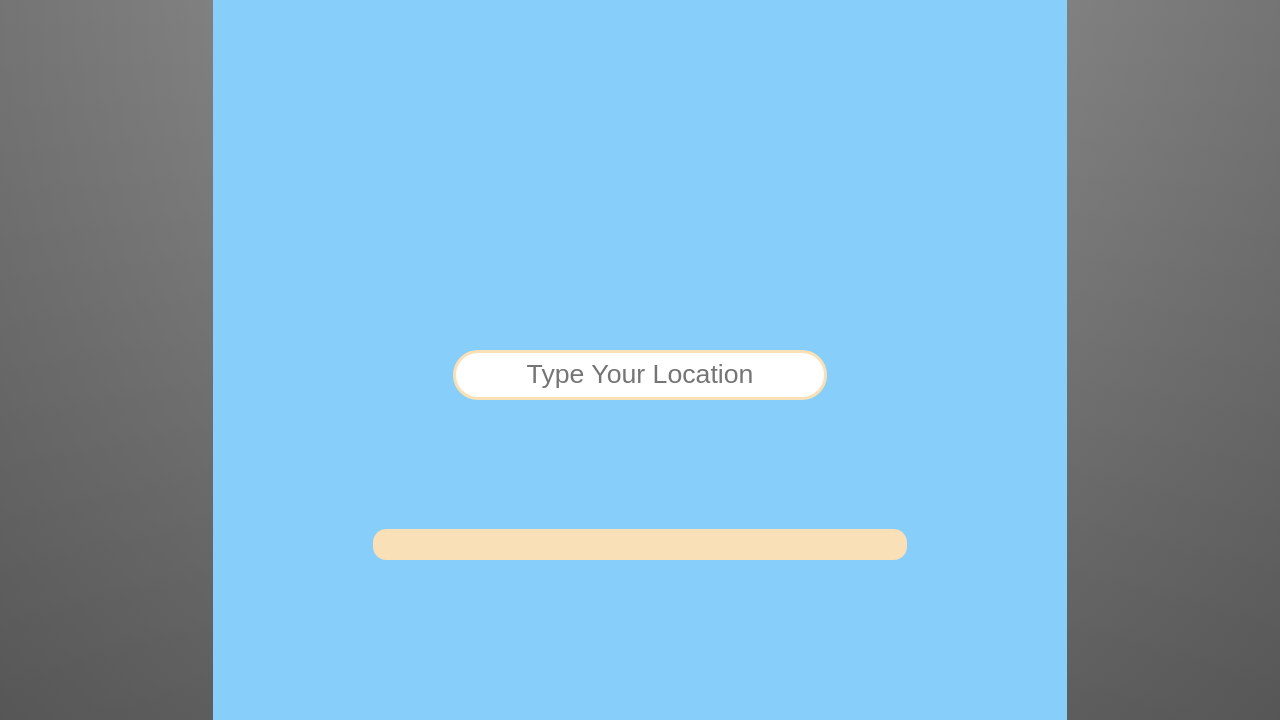
Repository: Heidingg/weather_app
Page: /
These files come from the project's save history. The page is drawn as it stood at one moment and after the next save; the edit follows.
The browser window is 1280 px wide. The pictures show the whole page.
The project was rebuilt for these pictures with package versions that can differ from the ones it lists, and the page was loaded fresh each time. The framework's server and built-in components were replaced by stand-ins that run in the browser. Also part of the build but not shown: next.config.js.

Above is the page before, as saved 2023-01-23 01:39:06.

### pages/index.js
import Head from 'next/head';
import Image from 'next/image';
import { Inter } from '@next/font/google';
import styles from '../styles/Home.module.css';
import { useState } from 'react';
import React from 'react';
import axios from 'axios';

const inter = Inter({ subsets: ['latin'] })

export default function Home() {

  const [location, setLocation] = useState('');
  const [data, setData] = useState({});
  const [weather, setWeather] = useState();
  const [main, setMain] = useState();
  const [wind, setWind] = useState();
  const [errorMessage, setErrorMessage] = useState('');
  const [icon, setIcon] = useState('');
  var lang = "en";
  var units = "metric";
  var apiKey = "8a3b66428312171f7c96dafa7cbc5a31";

  const url = `https://api.openweathermap.org/data/2.5/weather?q=${location}&units=${units}&appid=${apiKey}&lang=${lang}`;


  const searchLocation = (event) => {
    if (event.key === 'Enter') {
      axios.get(url)
        .then((response) => {
          console.clear();
          setData(response.data);
          console.log(response.data);
          setWeather(response.data.weather);
          setMain(response.data.main)
          setWind(response.data.wind);
          setIcon(response.data.icon);
          setErrorMessage("");
        }).catch(err => {
          console.log(err);
          setErrorMessage("Please enter another location");
          setData({});
          setWeather();
          setMain();
          setWind();
          setIcon();
        })
      setLocation('')
    }
  }


  return (
    <>
      <Head>
        <title>Loweather</title>
        <meta name="description" content="Generated by create next app" />
        <meta name="viewport" content="width=device-width, initial-scale=1" />
        <link rel="icon" href="cloudy.png" alt=""/>
      </Head>

      <main className={styles.main}>
        <div className={styles.location}></div>
          <div className={styles.locationIcon}>
          <div className={styles.locationName}>
            {data.name}
          </div>
        </div>

        <div className={styles.errorMess}>{errorMessage}</div>

        <input id={styles.input}
          value={location}
          onChange={event => setLocation(event.target.value)}
          placeholder="Type Your Location"
          onKeyDown={searchLocation}
          type="text"
        >
        </input>


    <div className={styles.searchContainer}></div>
        <div className={styles.weatherData}>
          <div className={styles.weatherCondition}>
            {
              weather && weather.map((w, index) => {
                return (
                  <div key={index}>
                    <img className={styles.iconStyle} src={`http://openweathermap.org/img/wn/${w.icon}@2x.png`}></img>

                  </div>
                )
              })
            }
          </div>

          {
            weather && weather.map((w, index) => {
              return (
                <div key={index}>
                  <div className={styles.description}>{w.description}</div>
                </div>
              )
            })
          }

          {
            main && weather.map(() => {
              return (
                <div>
                  <div className={styles.weatherTemp}> {main.temp}&#176;C</div>
                  <div className={styles.weatherFeel}>Feels like: {main.feels_like}&#176;C</div>
                </div>

              )
            })
          }

          {
            wind && weather.map(() => {
              return (
                <div>
                  <div className={styles.weatherWind}>Wind: {wind.gust} m/s</div>
                </div>
              )
            })
          }

        </div>
      </main>
    </>
)
}

### styles/globals.css
:root {
  --max-width: 1100px;
  --border-radius: 12px;
  --font-mono: ui-monospace, Menlo, Monaco, 'Cascadia Mono', 'Segoe UI Mono',
    'Roboto Mono', 'Oxygen Mono', 'Ubuntu Monospace', 'Source Code Pro',
    'Fira Mono', 'Droid Sans Mono', 'Courier New', monospace;

  --foreground-rgb: 0, 0, 0;
  --background-start-rgb: 214, 219, 220;
  --background-end-rgb: 255, 255, 255;

  --primary-glow: conic-gradient(
    from 180deg at 50% 50%,
    #16abff33 0deg,
    #0885ff33 55deg,
    #54d6ff33 120deg,
    #0071ff33 160deg,
    transparent 360deg
  );
  --secondary-glow: radial-gradient(
    rgba(255, 255, 255, 1),
    rgba(255, 255, 255, 0)
  );

  --tile-start-rgb: 239, 245, 249;
  --tile-end-rgb: 228, 232, 233;
  --tile-border: conic-gradient(
    #00000080,
    #00000040,
    #00000030,
    #00000020,
    #00000010,
    #00000010,
    #00000080
  );

  --callout-rgb: 238, 240, 241;
  --callout-border-rgb: 172, 175, 176;
  --card-rgb: 180, 185, 188;
  --card-border-rgb: 131, 134, 135;
}

@media (prefers-color-scheme: dark) {
  :root {
    --foreground-rgb: 255, 255, 255;
    --background-start-rgb: 0, 0, 0;
    --background-end-rgb: 0, 0, 0;

    --primary-glow: radial-gradient(rgba(1, 65, 255, 0.4), rgba(1, 65, 255, 0));
    --secondary-glow: linear-gradient(
      to bottom right,
      rgba(1, 65, 255, 0),
      rgba(1, 65, 255, 0),
      rgba(1, 65, 255, 0.3)
    );

    --tile-start-rgb: 2, 13, 46;
    --tile-end-rgb: 2, 5, 19;
    --tile-border: conic-gradient(
      #ffffff80,
      #ffffff40,
      #ffffff30,
      #ffffff20,
      #ffffff10,
      #ffffff10,
      #ffffff80
    );

    --callout-rgb: 20, 20, 20;
    --callout-border-rgb: 108, 108, 108;
    --card-rgb: 100, 100, 100;
    --card-border-rgb: 200, 200, 200;
  }
}

* {
  box-sizing: border-box;
  padding: 0;
  margin: 0;
  font-family: "Montserrat", sans-serif;
  font-size: 20pt;
}

.input{
  width: 80%;
  display: flex;
  background-color: lightblue;
}

.input.input-placeholder{
  outline: none;
    padding: 0.4em 1em;
    color: black;
    font-family: inherit;
    font-size: 22px;
    width: 520px;
    height: 43px;
}

html,
body {
  display: flex;
  justify-content: center;
  align-items: center;
  height: 100vh;
  background: linear-gradient(to bottom, rgba(255,255,255,0.15) 0%, rgba(0,0,0,0.15) 100%), radial-gradient(at top center, rgba(255,255,255,0.40) 0%, rgba(0,0,0,0.40) 120%) #989898;
  background-blend-mode: multiply,multiply;
}

body {
  color: rgb(var(--foreground-rgb));
  background: linear-gradient(
      to bottom,
      transparent,
      rgb(var(--background-end-rgb))
    )
    rgb(var(--background-start-rgb));
}

a {
  color: inherit;
  text-decoration: none;
}

@media (prefers-color-scheme: dark) {
  html {
    color-scheme: dark;
  }
}

### styles/Home.module.css
.main {
  display: flex;
  flex-direction: column;
  justify-content: space-between;
  align-items: center;
  padding: 6rem;
  min-height: 100vh;
  background-color: lightskyblue;
}

.description {
  display: inherit;
  justify-content: inherit;
  align-items: inherit;
  max-width: var(--max-width);
  width: 100%;
  z-index: 2;
  text-transform: capitalize;

}
.iconStyle{
  width: 200px;
  height: 200px;
}
.weatherData{
  text-align: center;
}
.weatherTemp{
  font-size: 50px;
  margin-top:30px
}
.weatherFeel{
  font-size: 20px;
margin-top: 20px;
}
.weatherWind{
  font-size: 20px;

}
.description a {
  display: flex;
  justify-content: center;
  align-items: center;
  gap: 0.5rem;

}

.description p {
  position: relative;
  margin: 0;
  padding: 1rem;
  background-color: rgba(var(--callout-rgb), 0.5);
  border: 1px solid rgba(var(--callout-border-rgb), 0.3);
  border-radius: var(--border-radius);
}

.code {
  font-weight: 700;
  font-family: var(--font-mono);
}

.grid {
  display: grid;
  grid-template-columns: repeat(4, minmax(25%, auto));
  width: var(--max-width);
  max-width: 100%;
}

.card {
  padding: 1rem 1.2rem;
  border-radius: var(--border-radius);
  background: rgba(var(--card-rgb), 0);
  border: 1px solid rgba(var(--card-border-rgb), 0);
  transition: background 200ms, border 200ms;
}

.card span {
  display: inline-block;
  transition: transform 200ms;
}

.card h2 {
  font-weight: 600;
  margin-bottom: 0.7rem;
}

.card p {
  margin: 0;
  opacity: 0.6;
  font-size: 0.9rem;
  line-height: 1.5;
  max-width: 30ch;
}

.center {
  display: flex;
  justify-content: center;
  align-items: center;
  position: relative;
  padding: 4rem 0;
}
#input{
  margin: 10px;
border: 3px solid #f9e0b7;
border-radius: 30px;
text-align: center;
width: 70%;
height: 50px;
}

.center::before {
  background: var(--secondary-glow);
  border-radius: 50%;
  width: 480px;
  height: 360px;
  margin-left: -400px;
}

.center::after {
  background: var(--primary-glow);
  width: 240px;
  height: 180px;
  z-index: -1;
}

.center::before,
.center::after {
  content: '';
  left: 50%;
  position: absolute;
  filter: blur(45px);
  transform: translateZ(0);
}

.logo,
.thirteen {
  position: relative;
}

.thirteen {
  display: flex;
  justify-content: center;
  align-items: center;
  width: 75px;
  height: 75px;
  padding: 25px 10px;
  margin-left: 16px;
  transform: translateZ(0);
  border-radius: var(--border-radius);
  overflow: hidden;
  box-shadow: 0px 2px 8px -1px #0000001a;
}

.thirteen::before,
.thirteen::after {
  content: '';
  position: absolute;
  z-index: -1;
}

/* Conic Gradient Animation */
.thirteen::before {
  animation: 6s rotate linear infinite;
  width: 200%;
  height: 200%;
  background: var(--tile-border);
}

/* Inner Square */
.thirteen::after {
  inset: 0;
  padding: 1px;
  border-radius: var(--border-radius);
  background: linear-gradient(
    to bottom right,
    rgba(var(--tile-start-rgb), 1),
    rgba(var(--tile-end-rgb), 1)
  );
  background-clip: content-box;
}

/* Enable hover only on non-touch devices */
@media (hover: hover) and (pointer: fine) {
  .card:hover {
    background: rgba(var(--card-rgb), 0.1);
    border: 1px solid rgba(var(--card-border-rgb), 0.15);
  }

  .card:hover span {
    transform: translateX(4px);
  }
}

@media (prefers-reduced-motion) {
  .thirteen::before {
    animation: none;
  }

  .card:hover span {
    transform: none;
  }
}

/* Mobile */
@media (max-width: 700px) {
  .content {
    padding: 4rem;
  }

  .grid {
    grid-template-columns: 1fr;
    margin-bottom: 120px;
    max-width: 320px;
    text-align: center;
  }

  .card {
    padding: 1rem 2.5rem;
  }

  .card h2 {
    margin-bottom: 0.5rem;
  }

  .center {
    padding: 8rem 0 6rem;
  }

  .center::before {
    transform: none;
    height: 300px;
  }

  .description {
    font-size: 0.8rem;
  }

  .description a {
    padding: 1rem;
  }

  .description p,
  .description div {
    display: flex;
    justify-content: center;
    position: fixed;
    width: 100%;
  }

  .description p {
    align-items: center;
    inset: 0 0 auto;
    padding: 2rem 1rem 1.4rem;
    border-radius: 0;
    border: none;
    border-bottom: 1px solid rgba(var(--callout-border-rgb), 0.25);
    background: linear-gradient(
      to bottom,
      rgba(var(--background-start-rgb), 1),
      rgba(var(--callout-rgb), 0.5)
    );
    background-clip: padding-box;
    backdrop-filter: blur(24px);
  }

  .description div {
    align-items: flex-end;
    pointer-events: none;
    inset: auto 0 0;
    padding: 2rem;
    height: 200px;
    background: linear-gradient(
      to bottom,
      transparent 0%,
      rgb(var(--background-end-rgb)) 40%
    );
    z-index: 1;
  }
}

/* Tablet and Smaller Desktop */
@media (min-width: 701px) and (max-width: 1120px) {
  .grid {
    grid-template-columns: repeat(2, 50%);
  }
}

@media (prefers-color-scheme: dark) {
  .vercelLogo {
    filter: invert(1);
  }

  .logo,
  .thirteen img {
    filter: invert(1) drop-shadow(0 0 0.3rem #ffffff70);
  }
}

@keyframes rotate {
  from {
    transform: rotate(360deg);
  }
  to {
    transform: rotate(0deg);
  }
}



div.weatherData {
  display: flex;
  flex-direction: column;
  align-items: left;
  justify-content: center;
  line-height: 30pt;
  background-color: #f9e0b7;
  padding-top: 3pt;
  padding-bottom: 1rem;
  border-radius: 10pt;
  width: 20rem;
}

div.weatherCondition {
  text-align: center;
  color: green;
}

.weatherDesc {
  display: flex;
  flex-direction: row;
  align-items: left;

}

div.locationName {
  font-size: 30pt;
  color: darkgreen;
  font-weight: 600;
}

Loaded but not shown: pages/_app.js (common file); pages/_document.js (common file)

After the next save:
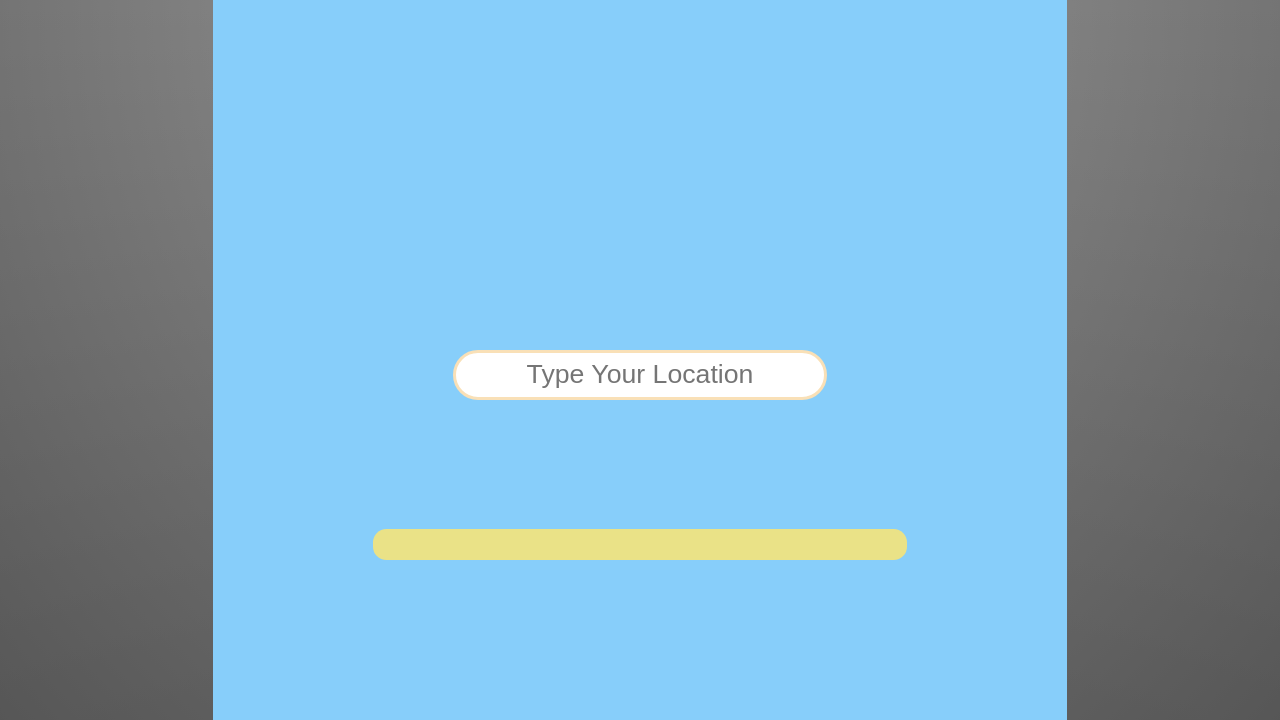
Saved 3 min 52 s later.
--- a/styles/Home.module.css
+++ b/styles/Home.module.css
@@ -313,7 +313,7 @@ div.weatherData {
   align-items: left;
   justify-content: center;
   line-height: 30pt;
-  background-color: #f9e0b7;
+  background-color: #eae287;
   padding-top: 3pt;
   padding-bottom: 1rem;
   border-radius: 10pt;
